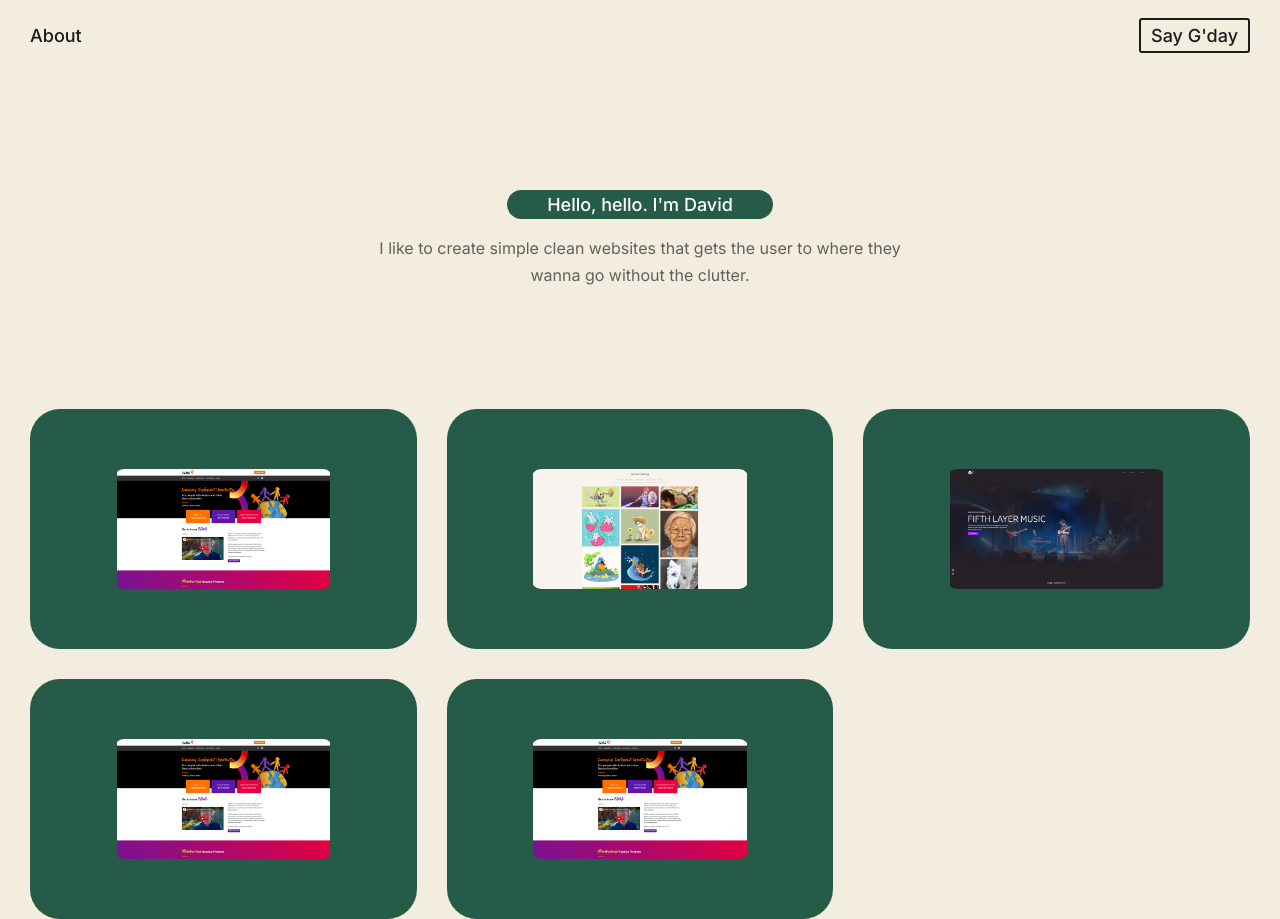
Repository: David-Waite/David-Waite-Portfolio
Page: /
These files come from the project's save history. The page is drawn as it stood at one moment and after a run of saves; the edit follows.
The browser window is 1280 px wide. The pictures show the whole page.
The project was rebuilt for these pictures with package versions that can differ from the ones it lists, and the page was loaded fresh each time. The framework's server and built-in components were replaced by stand-ins that run in the browser. Also part of the build but not shown: next.config.js.

Above is the page before, as saved 2023-07-26 13:28:45.

After the next 2 saves:
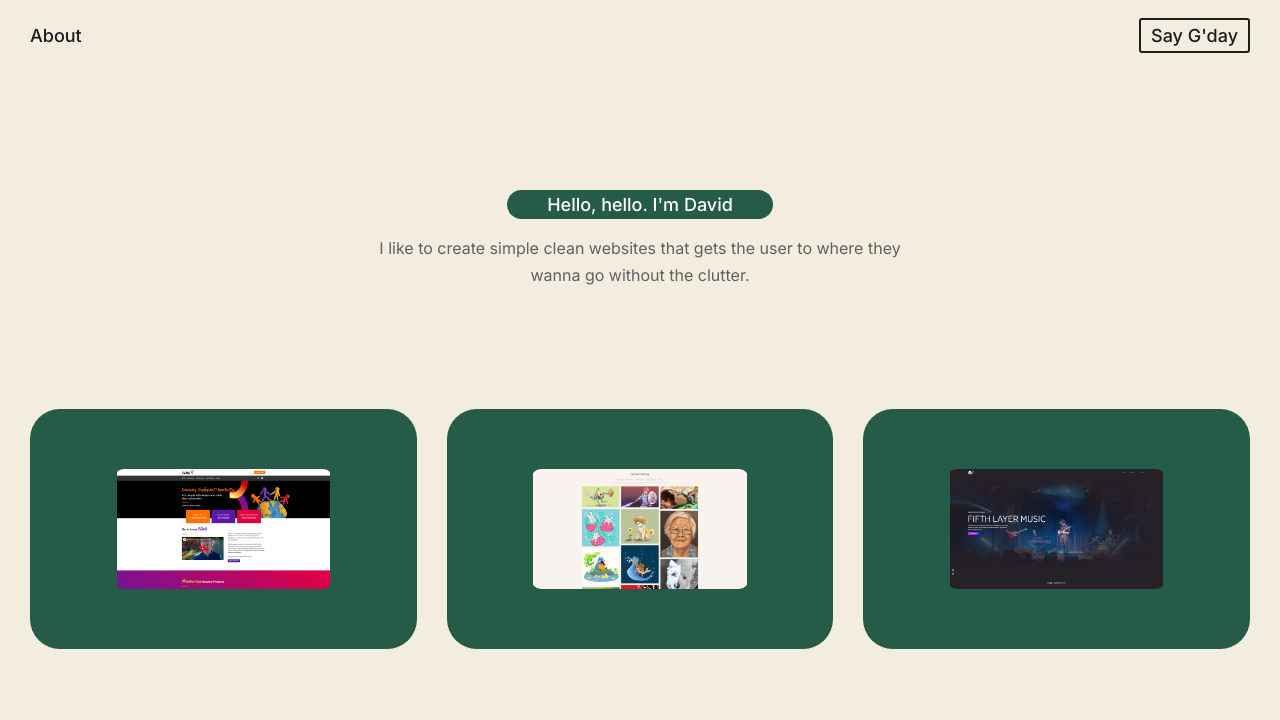
The 2 saves are shown as one change because they came seconds apart.
The last was saved 22 s later.
--- a/app/components/Nav/Home/Projects/Projects.tsx
+++ b/app/components/Nav/Home/Projects/Projects.tsx
@@ -23,26 +23,10 @@ export default function About() {
 
     {
       image: "/FifthLayerMusic.jpg",
-      imageAlt: "Edable Home",
+      imageAlt: "Fifth layer music home",
       link: "fifth-layer-music.vercel.app",
       description: "A platform for musicians to do what they do best",
       madeWith: ["Next.Js"],
-    },
-    {
-      image: "/Edable.jpg",
-      imageAlt: "Edable Home",
-      link: "www.edable.org.au",
-      description:
-        "A charity working on employing and educating in the field of autism",
-      madeWith: ["Next.Js", "Contentful"],
-    },
-    {
-      image: "/Edable.jpg",
-      imageAlt: "Edable Home",
-      link: "www.edable.org.au",
-      description:
-        "A charity working on employing and educating in the field of autism",
-      madeWith: ["Next.Js", "Contentful"],
     },
   ];
 
